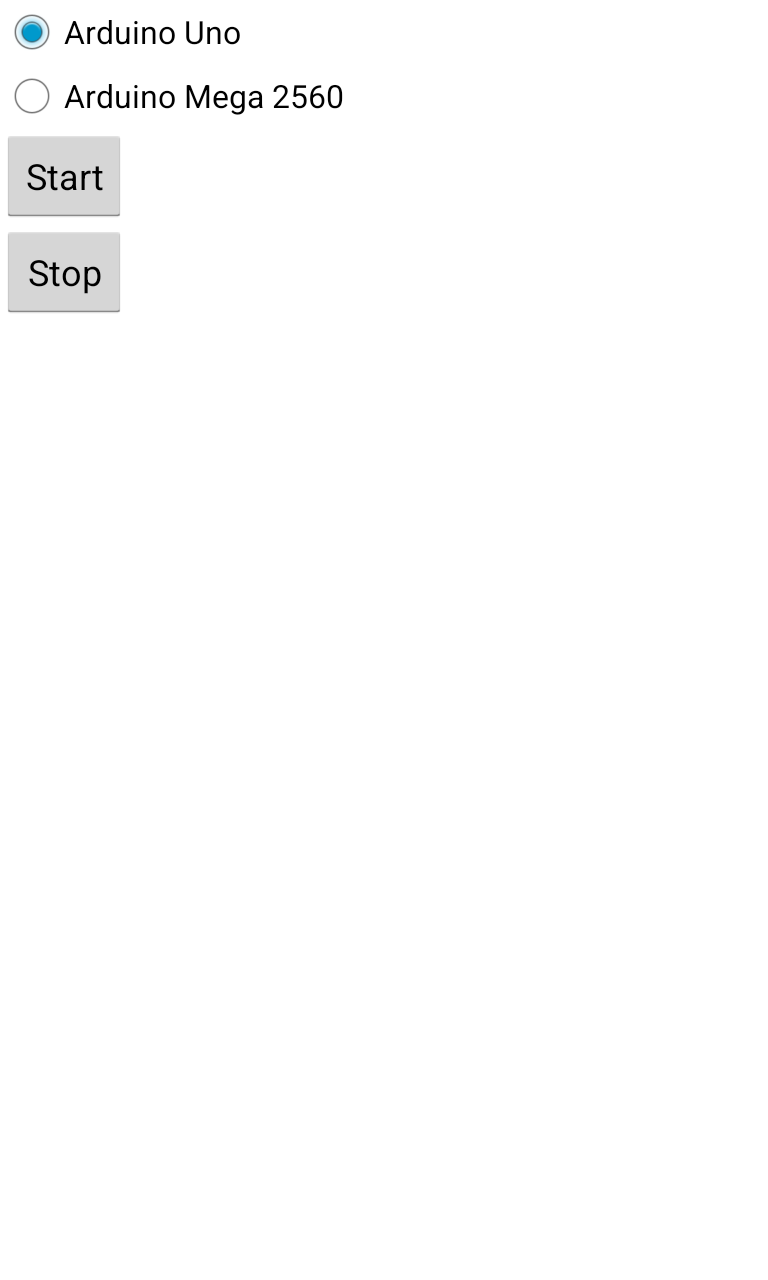
Repository: No9/R2993
Layout: Relay01/res/layout/activity_relay_manager.xml
An editor plug-in stored every save of this project. The layout is shown before and after the next save, followed by the edit.
It is drawn on a 768 x 1280 px phone screen (xhdpi) without system bars, with theme AppTheme; the app's code is not run.

Above is the layout before, as saved 2012-10-30 11:53:12.

After the next save:
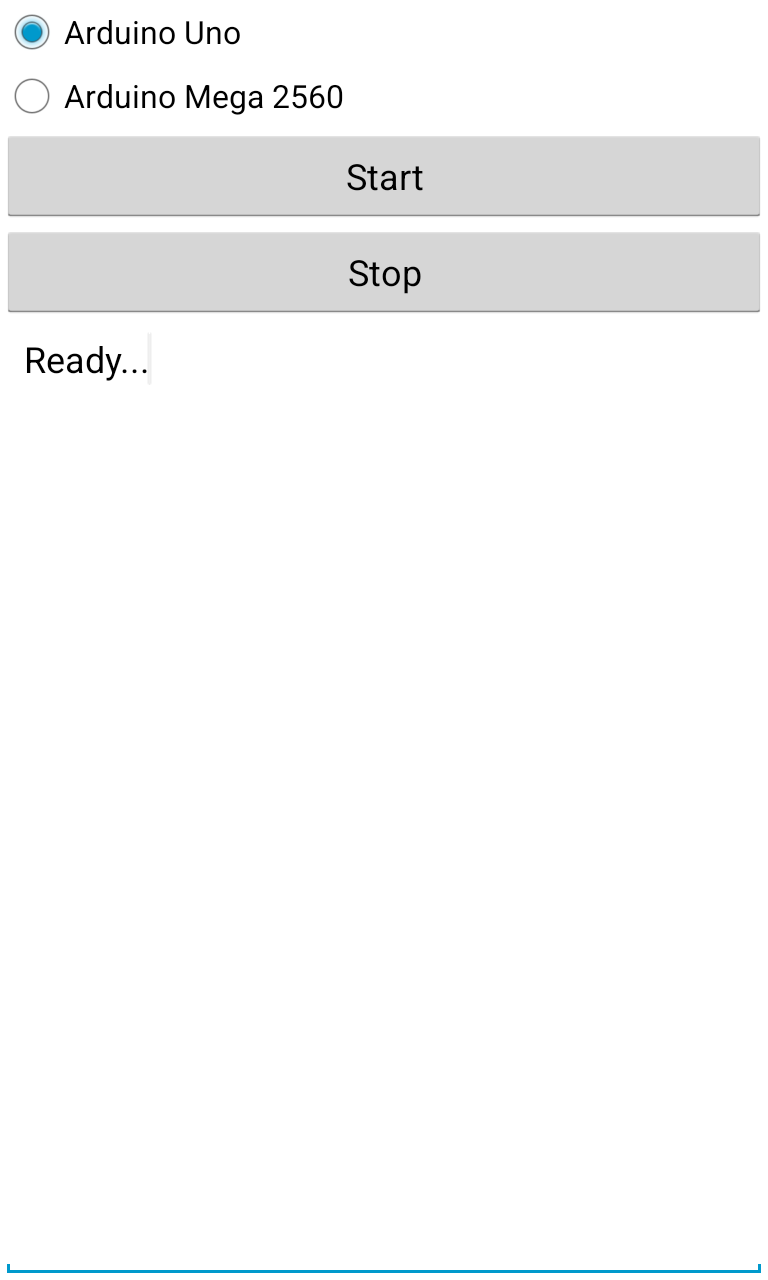
Saved 3 min 0 s later.
--- a/Relay01/res/layout/activity_relay_manager.xml
+++ b/Relay01/res/layout/activity_relay_manager.xml
@@ -5,9 +5,9 @@
     android:orientation="vertical" >
 
      <RadioGroup
-        android:id="@+id/radioBoardType"
-        android:layout_width="wrap_content"
-        android:layout_height="wrap_content" >
+         android:id="@+id/radioBoardType"
+         android:layout_width="match_parent"
+         android:layout_height="wrap_content" >
 
         <RadioButton
             android:id="@+id/radioUno"
@@ -25,13 +25,27 @@
     </RadioGroup>
 
      <Button
-        android:id="@+id/btnStart"
-        android:layout_width="wrap_content"
-        android:layout_height="wrap_content"
-        android:text="@string/btn_start" />
+         android:id="@+id/btnStart"
+         android:layout_width="match_parent"
+         android:layout_height="wrap_content"
+         android:text="@string/btn_start" />
+
      <Button
-        android:id="@+id/btnStop"
-        android:layout_width="wrap_content"
-        android:layout_height="wrap_content"
-        android:text="@string/btn_stop" />
+         android:id="@+id/btnStop"
+         android:layout_width="match_parent"
+         android:layout_height="wrap_content"
+         android:text="@string/btn_stop" />
+
+     <EditText
+         android:id="@+id/editText1"
+         android:layout_width="match_parent"
+         android:layout_height="match_parent"
+         android:ems="10"
+         android:inputType="textMultiLine"
+         android:gravity="top"
+         android:text="Ready..." >
+
+         <requestFocus />
+     </EditText>
+
 </LinearLayout>
